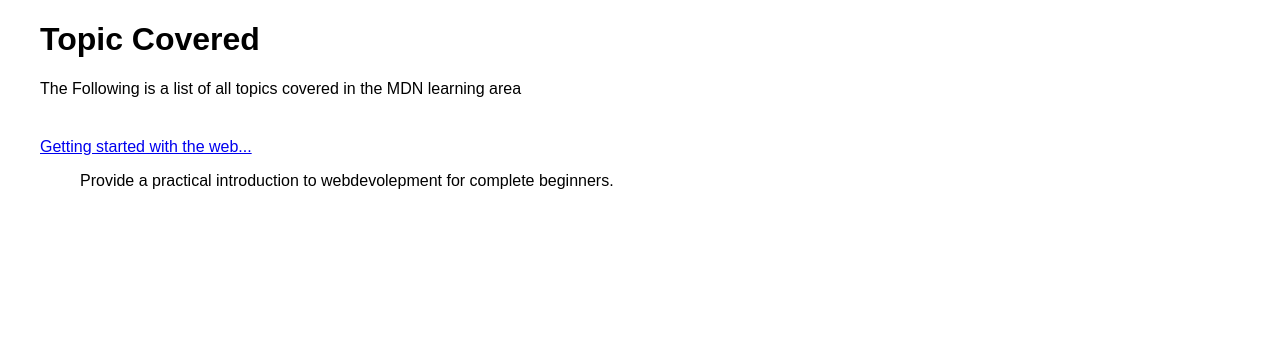
Repository: sriram1224/ReactProjects.github.io
Page: Assignments/Assignment1/index.html
These files come from the project's save history. The page is drawn as it stood at one moment and after the next save; the edit follows.
The browser window is 1280 px wide. The pictures show the whole page.

Above is the page before, as saved 2024-03-01 10:04:57.

After the next save:
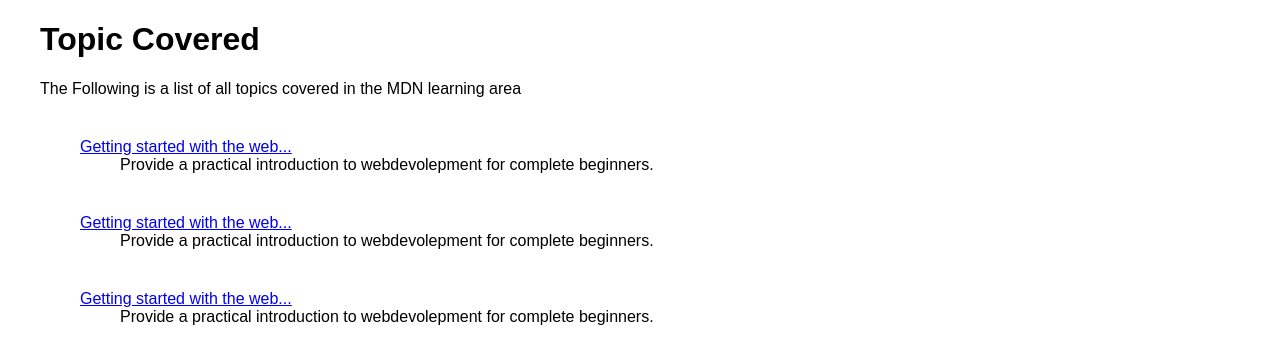
Saved 2 min 23 s later.
--- a/Assignments/Assignment1/index.html
+++ b/Assignments/Assignment1/index.html
@@ -45,10 +45,22 @@
       'div',
       null,
       [
+      React.createElement('ul', {id: 'div'},[
       React.createElement('a', {href: 'http://example.com'}, 'Getting started with the web...'),
       React.createElement('ul', {}, [
         React.createElement('li', {id: 'para'}, 'Provide a practical introduction to webdevolepment for complete beginners.'),
 
+      ]),
+      React.createElement('a', {href: 'http://example.com'}, 'Getting started with the web...'),
+      React.createElement('ul', {}, [
+        React.createElement('li', {id: 'para'}, 'Provide a practical introduction to webdevolepment for complete beginners.'),
+
+      ]),
+      React.createElement('a', {href: 'http://example.com'}, 'Getting started with the web...'),
+      React.createElement('ul', {}, [
+        React.createElement('li', {id: 'para'}, 'Provide a practical introduction to webdevolepment for complete beginners.'),
+
+      ]),
       ]),
       React.createElement('p', {}, ''),]);
 
